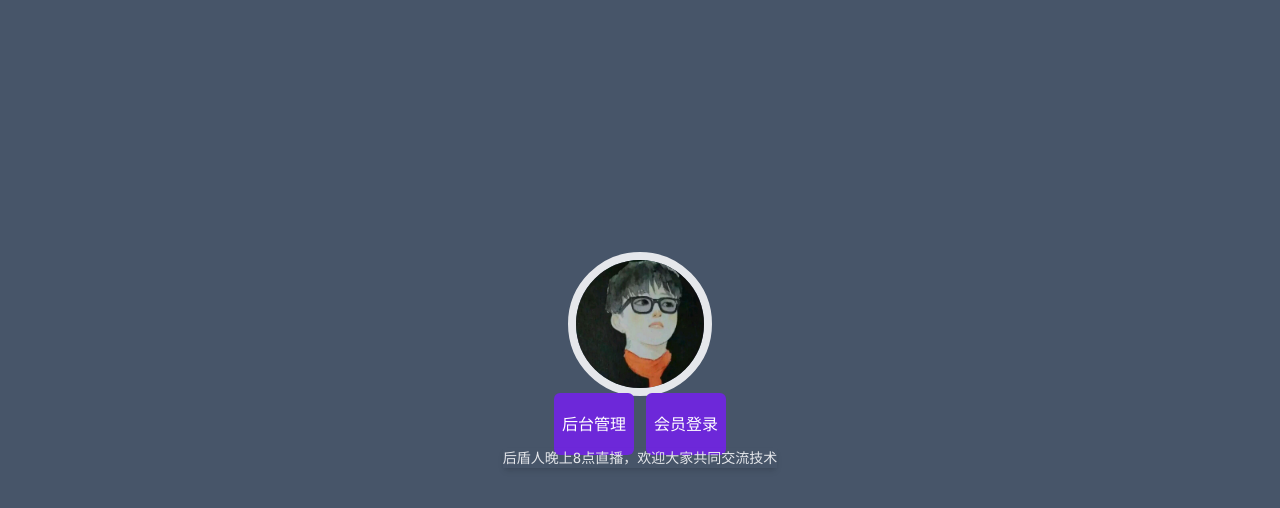
Repository: liangyingbo/vite-vue-TS
Page: /#/home
An editor plug-in stored every save of this project. The page is shown before and after the next save, followed by the edit.
The browser window is 1280 px wide. The pictures show the whole page.
The project was rebuilt for these pictures with package versions that can differ from the ones it lists, and the page was loaded fresh each time. Also part of the build but not shown: vite.config.ts, src/components/form/HdButton.vue, src/components/form/HdInput.vue, src/components/form/hdLink.vue.

Above is the page before, as saved 2022-11-16 22:24:39.

After the next save:
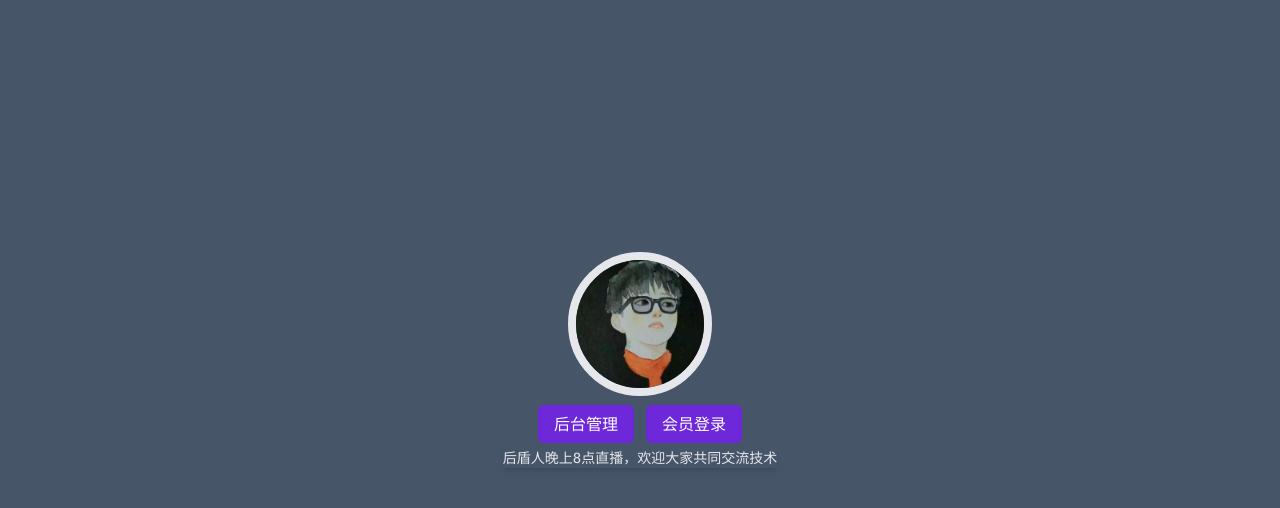
Saved 12 s later.
--- a/src/styles/global.scss
+++ b/src/styles/global.scss
@@ -7,5 +7,5 @@
   }
 
   .hd-button {
-    @apply bg-violet-700 text-white px-2 py-5 rounded-md hover:bg-violet-500 duration-300;
+    @apply bg-violet-700 text-white px-4 py-2 rounded-md hover:bg-violet-500 duration-300;
   }
